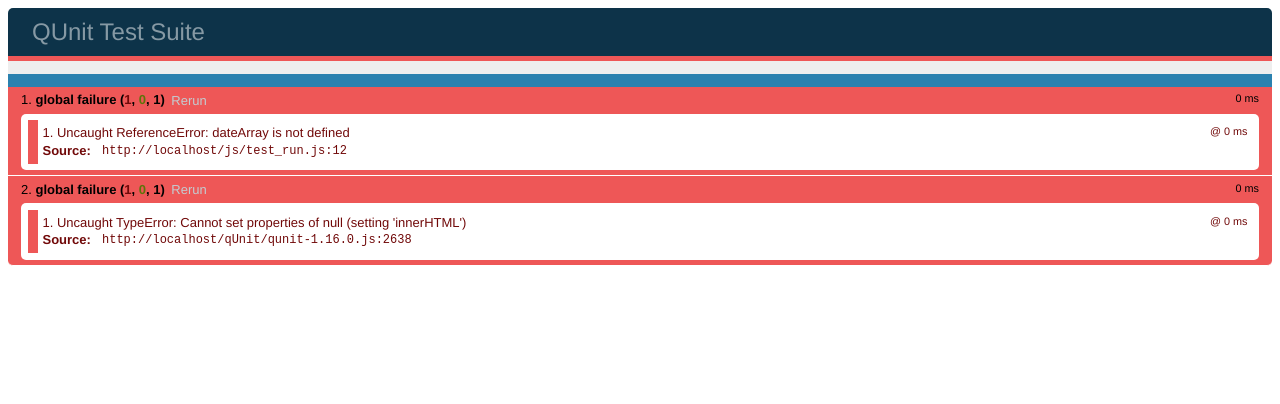
Repository: ma223md/1dv404_lab4_ma223md
Page: test.html
The author's editor kept a record of every edit. The page is drawn from the files as they stood at one moment, then again after the next edit.
The browser window is 1280 px wide. The pictures show the whole page.

Above is the page before.
Console error: ReferenceError: dateArray is not defined

After the next edit:
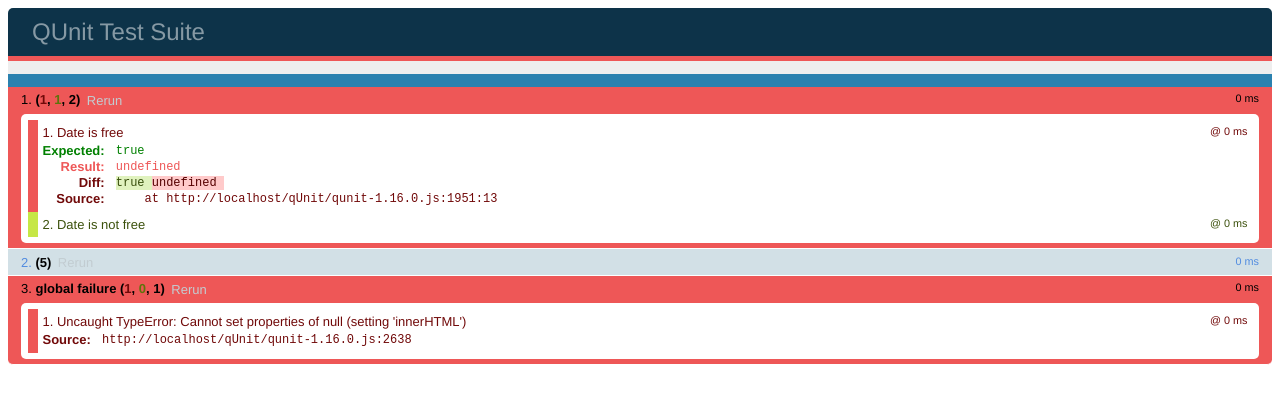
Console error: TypeError: Cannot set properties of null (setting 'innerHTML')
The edit:
--- a/js/test_run.js
+++ b/js/test_run.js
@@ -8,7 +8,7 @@
 
 var d = new Date("December 20, 2014"),
 otherd = new Date("December 21, 2014"),
-anotherd = new Date("December 22, 2014")
+anotherd = new Date("December 22, 2014"),
 dateArray = [];
 
 dateArray.push(d);
